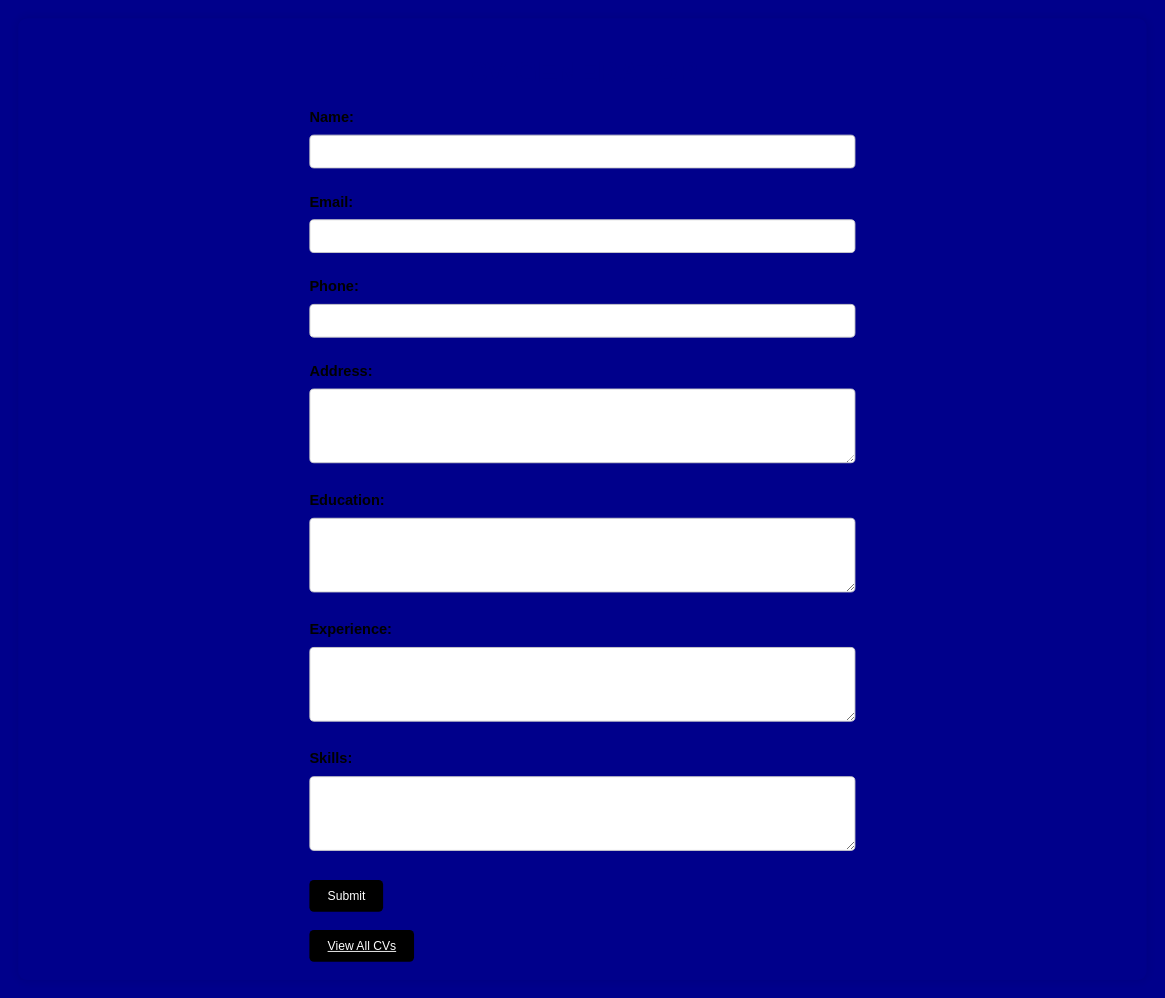
Repository: Arisha004/CV-generator
Page: index.html
These files come from the project's save history. The page is drawn as it stood at one moment and after a run of saves; the edit follows.
The browser window is 1280 px wide. The pictures show the whole page, at 91% of full size.
The pointer rests on the first visible `button`.

Above is the page before, as saved 2025-10-14 01:09:04.

### index.html
<!DOCTYPE html>
<html lang="en">
<head>
    <meta charset="UTF-8">
    <meta name="viewport" content="width=device-width, initial-scale=1.0">
    <title>Document</title>
    <link rel="stylesheet" href="style.css">
</head>
<body>
    <h1> CV GENERATOR </h1>
    <form id="cv" action="insert.php" method="post">
        <label for="name">Name:</label>
        <input type="text" id="name" name="name" required><br><br>

        <label for="email">Email:</label>
        <input type="email" id="email" name="email" required><br><br>

        <label for="phone">Phone:</label>
        <input type="tel" id="phone" name="phone" required><br><br>
        <label for="address">Address:</label><br>
        <textarea id="address" name="address" rows="4" cols="50"  required></textarea><br><br>
        <label for="education">Education:</label><br>
        <textarea id="education" name="education" rows="4" cols="50" required></textarea><br><br>

        <label for="experience">Experience:</label><br>
        <textarea id="experience" name="experience" rows="4" cols="50" required></textarea><br><br>

        <label for="skills">Skills:</label><br>
        <textarea id="skills" name="skills" rows="4" cols="50" required></textarea><br><br>

        <button type="submit" value="submit"> Submit </button>
    </form>

    <div style="margin-top: 20px;">
        <form id="cv" action="list.php" method="get">
      <button>  <a href="list.php">View All CVs</a></button></form>
    </div>
</body>
</html>

### style.css

body{
    background-color: darkblue;
    font-family: Arial, sans-serif;
    margin: 20px;
    padding: 20px;
    border-radius: 10px;
    box-shadow: 0 0 10px rgba(0, 0,0, 0.1);

}
h1{
    color: darkblue;
    text-align: center;
}
p{
    font-size: 16px;
    line-height: 1.5;
    color: #333;
}
a{
    color: lightblue;
    text-decoration: underline;
}
a:hover{
    text-decoration: underline;
}
button{
    background-color: black;
    color: white;
    border: none;
    padding: 10px 20px;
    border-radius: 5px;
    cursor: pointer;
}
button:hover{
    background-color: bla;
}
input[type="text"], input[type="email"], textarea,input[type="tel"]{
    width: 100%;
    padding: 10px;
    margin: 10px 0;
    border: 1px solid #ccc;
    border-radius: 5px;
    box-sizing: border-box;
}
h2{
    color: darkblue;
    border-bottom: 2px solid darkblue;
    padding-bottom: 5px;
}
input[type="submit"]{
    background-color: darkblue;
    color: white;
    border: none;
    padding: 10px 20px;
    border-radius: 5px;
    cursor: pointer;
}
  table, th, td{
            border: 1px solid black;
            border-collapse: collapse;
        }
        th, td{
            padding: 10px;
        }

form{
    max-width: 600px;
    margin: auto;
}
label{
    font-weight: bold;
}
.container{
    max-width: 800px;
    margin: auto;
    padding: 20px;
    background-color: white;
    border-radius: 10px;
    box-shadow: 0 0 10px rgba(0, 0, 0, 0.1);
}
button a{
    color: white;

}

After the next 2 saves:
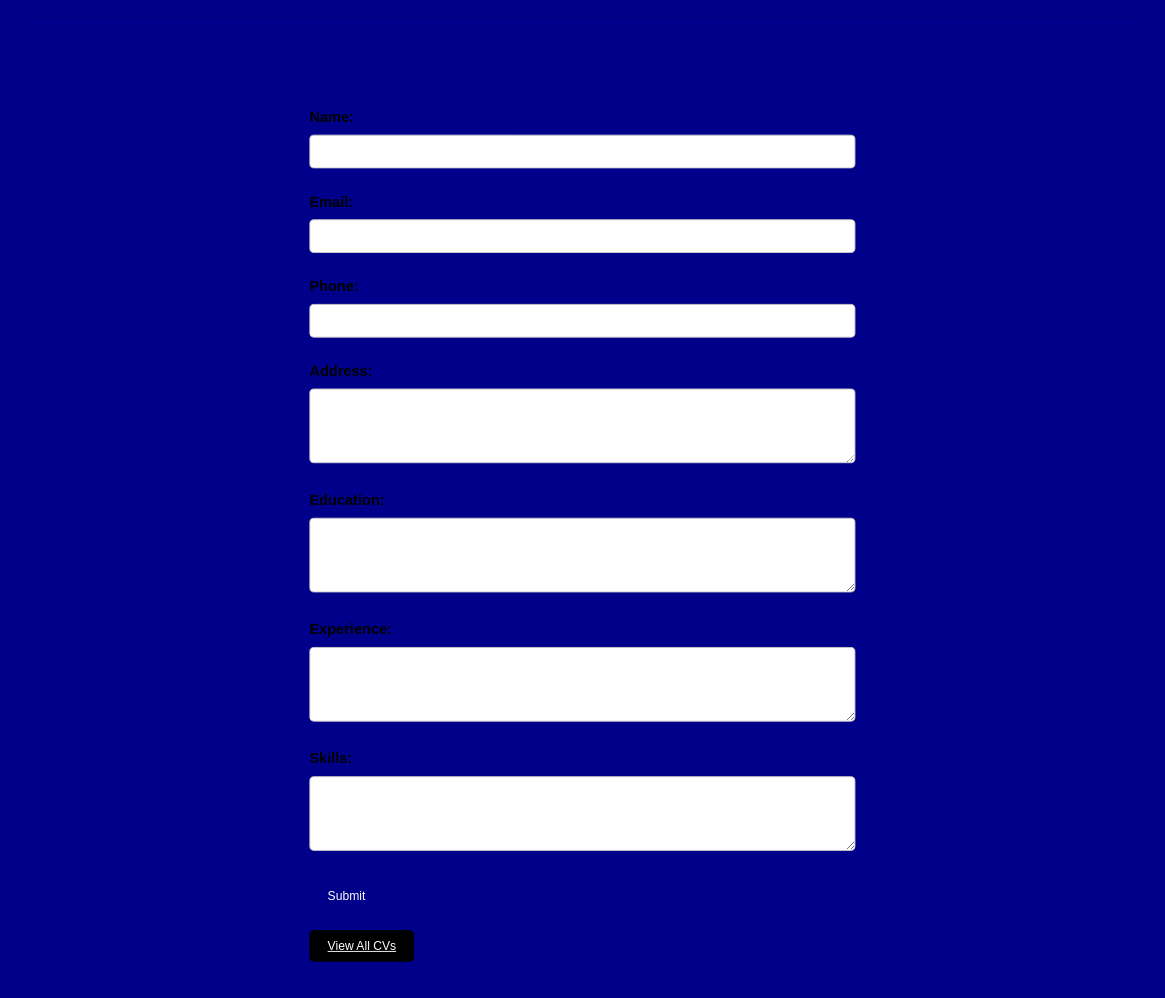
The 2 saves are shown as one change because they came seconds apart.
The last was saved 9 s later.
--- a/style.css
+++ b/style.css
@@ -33,7 +33,7 @@ button{
     cursor: pointer;
 }
 button:hover{
-    background-color: bla;
+    background-color: darkblue;
 }
 input[type="text"], input[type="email"], textarea,input[type="tel"]{
     width: 100%;
